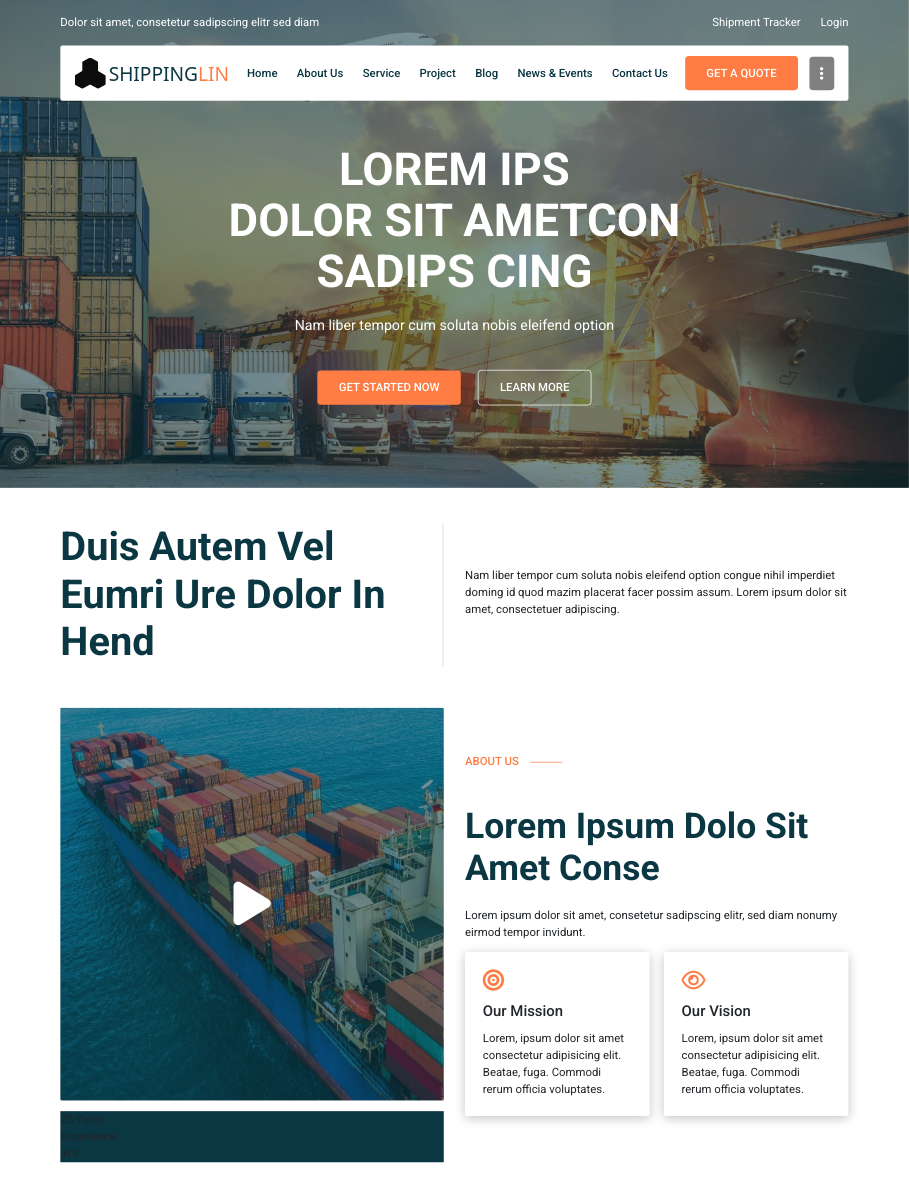
Repository: nazmulalok/shipping-template
Page: index.html
An editor plug-in stored every save of this project. The page is shown before and after the next save, followed by the edit.
The browser window is 1280 px wide. The pictures show the whole page, at 71% of full size.
Some web libraries are served in a nearby version.

Above is the page before, as saved 2022-10-08 11:43:33.

After the next save:
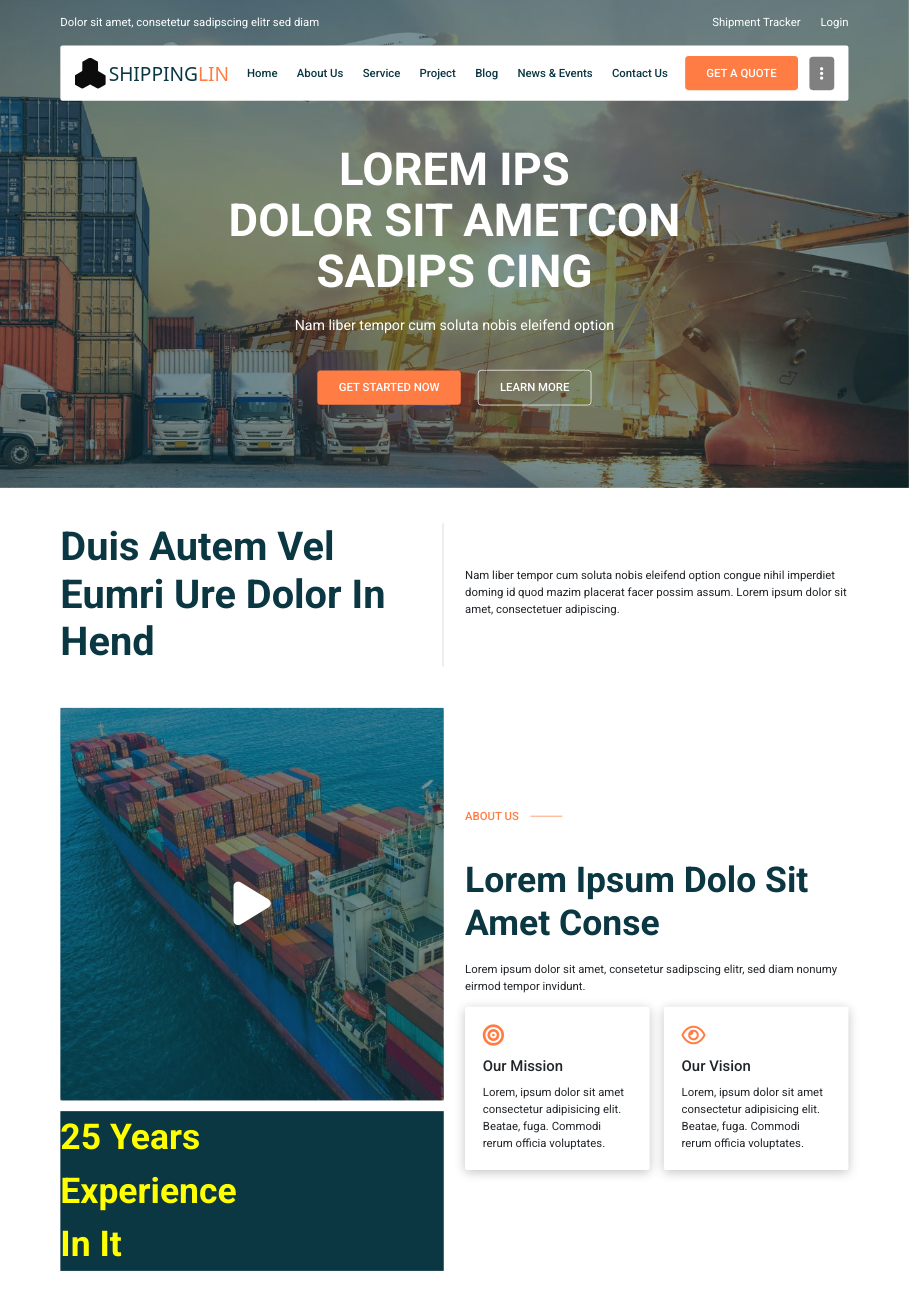
Saved 3 min 17 s later.
--- a/style.css
+++ b/style.css
@@ -400,4 +400,8 @@ figure.img-box img+figcaption {
     background: var(--secondary-color);
 }
 
-span.exp-title {}
+.exp-section .title {
+    color: #FFFF00;
+    font-size: 50px;
+    font-weight: 600;
+}
